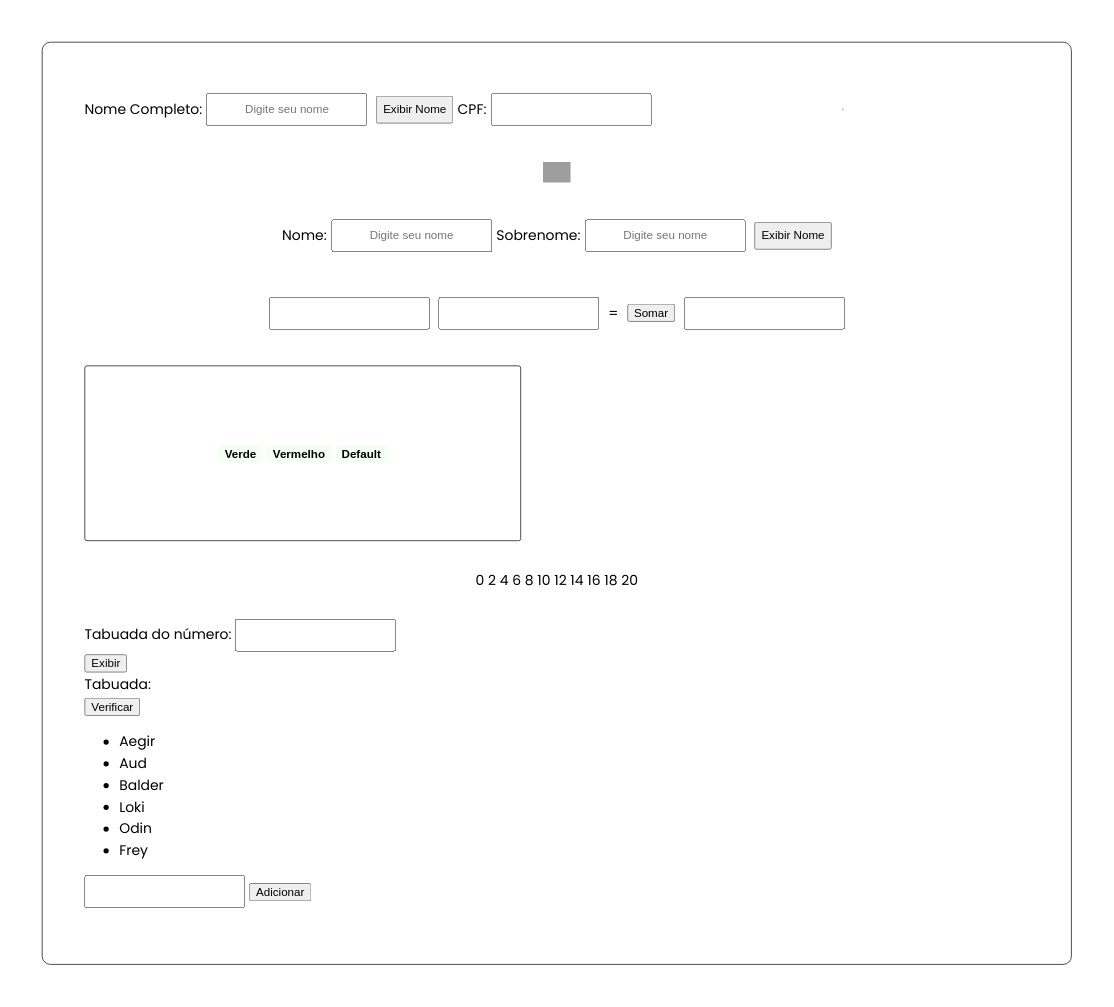
Repository: guilhermecardoso93/exerciciosjs
Page: index.html
The author's editor kept a copy of each file at every save. The page is drawn from the files as they stood at one save, then again after the next save.
The browser window is 1280 px wide. The pictures show the whole page, at 87% of full size.
Pictures or frames that could not be fetched are drawn as grey boxes.

Above is the page before, as saved 2023-05-21 17:25:22.

After the next save:
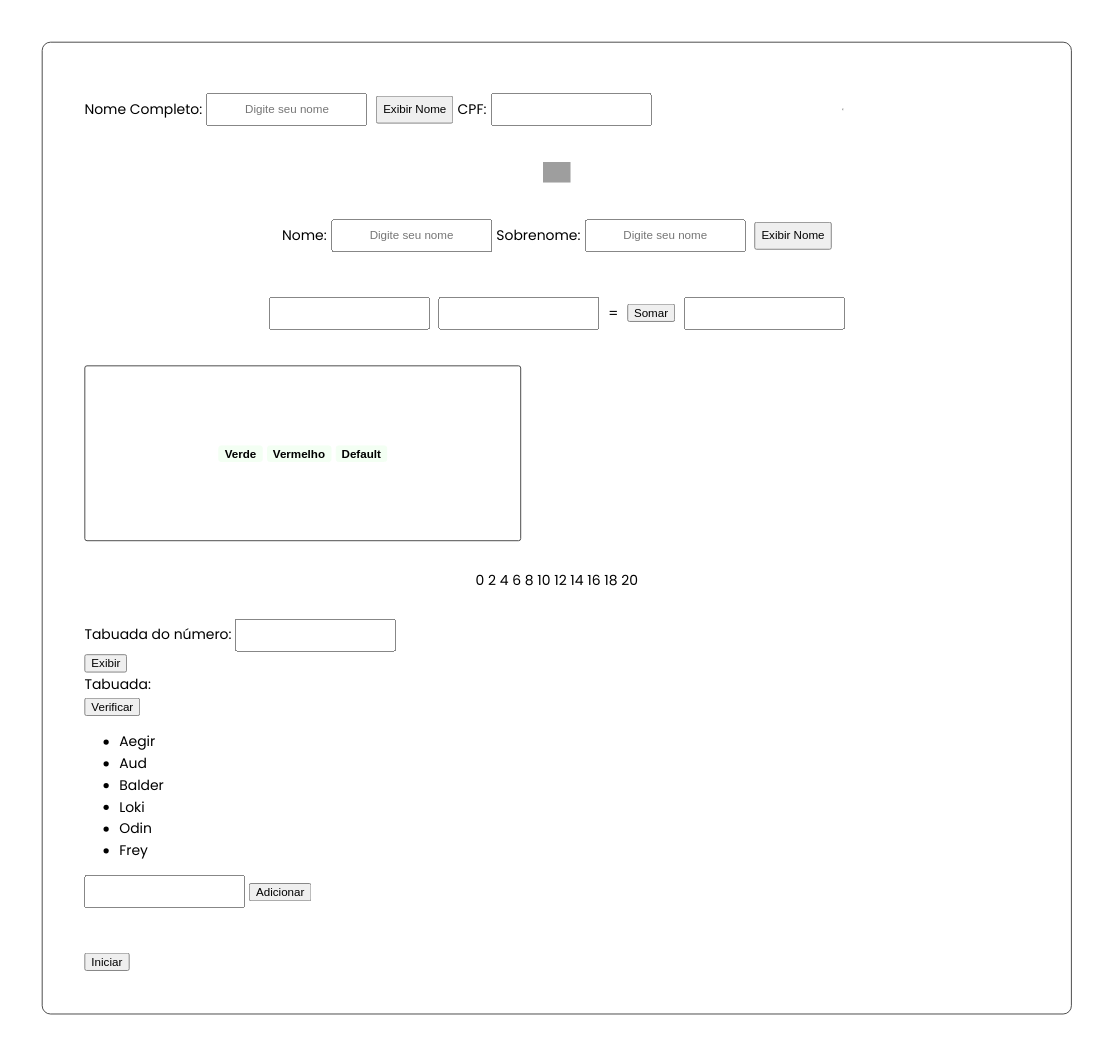
Saved 4 s later.
--- a/index.html
+++ b/index.html
@@ -71,6 +71,9 @@
     <button onclick="adicionarTexto()">Adicionar</button>
     <ul id="lista"></ul>
 
+    <div id="contador" style="color: black;"></div>
+    <button onclick="iniciarContador()">Iniciar</button>
+
   </body>
   <script src="./script.js"></script>
 </html>
